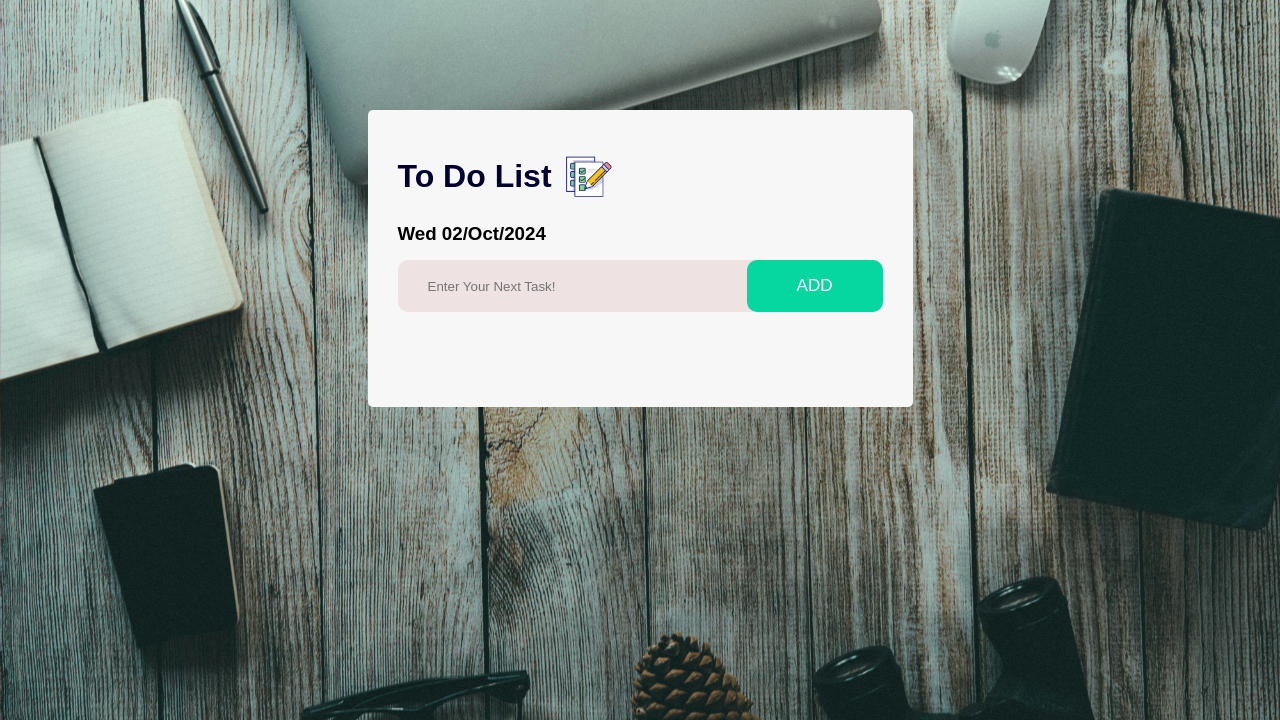
Repository: zeinawady/To_Do_List
Page: index.html
These files come from the project's save history. The page is drawn as it stood at one moment and after the next save; the edit follows.
The browser window is 1280 px wide. The pictures show the whole page.

Above is the page before, as saved 2024-10-02 02:09:33.

After the next save:
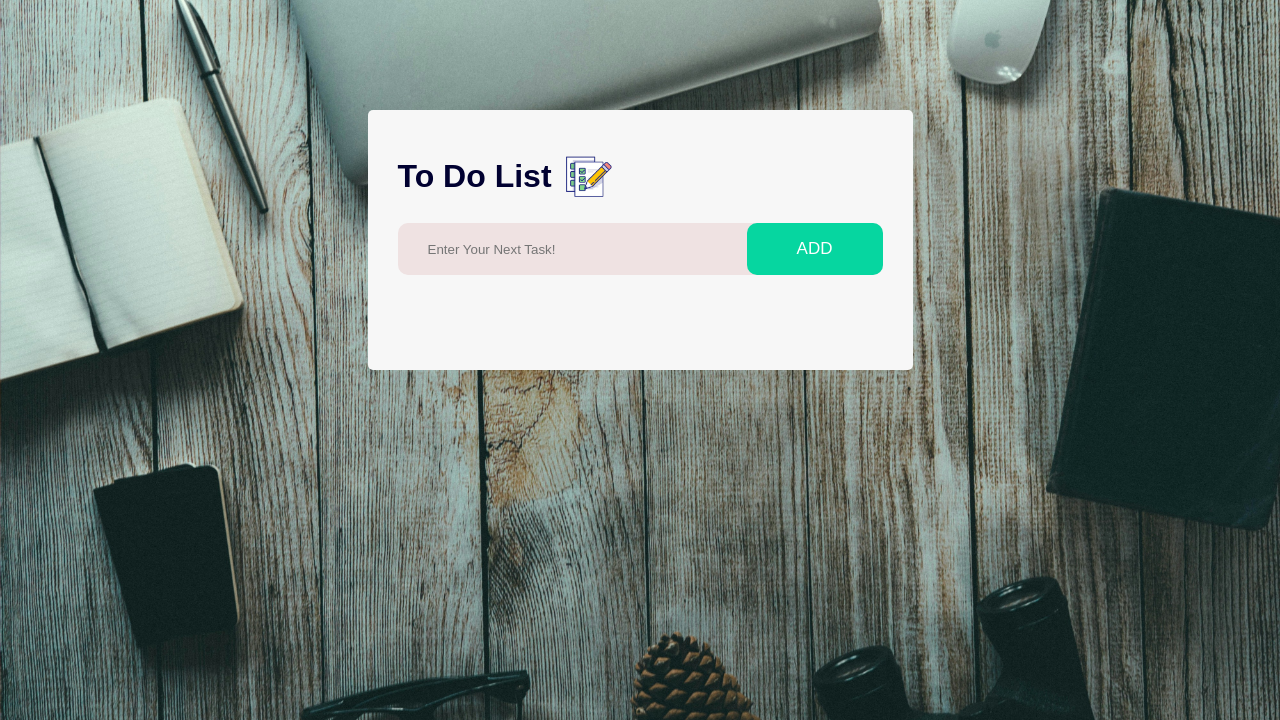
Console error: SyntaxError: Unexpected token '}'
Saved 13 s later.
--- a/script.js
+++ b/script.js
@@ -42,7 +42,7 @@
 
     }
     else if(e.target.tagName==="BUTTON"){
-
+        let li=
     }
 })
 

After the 2 saves that followed:
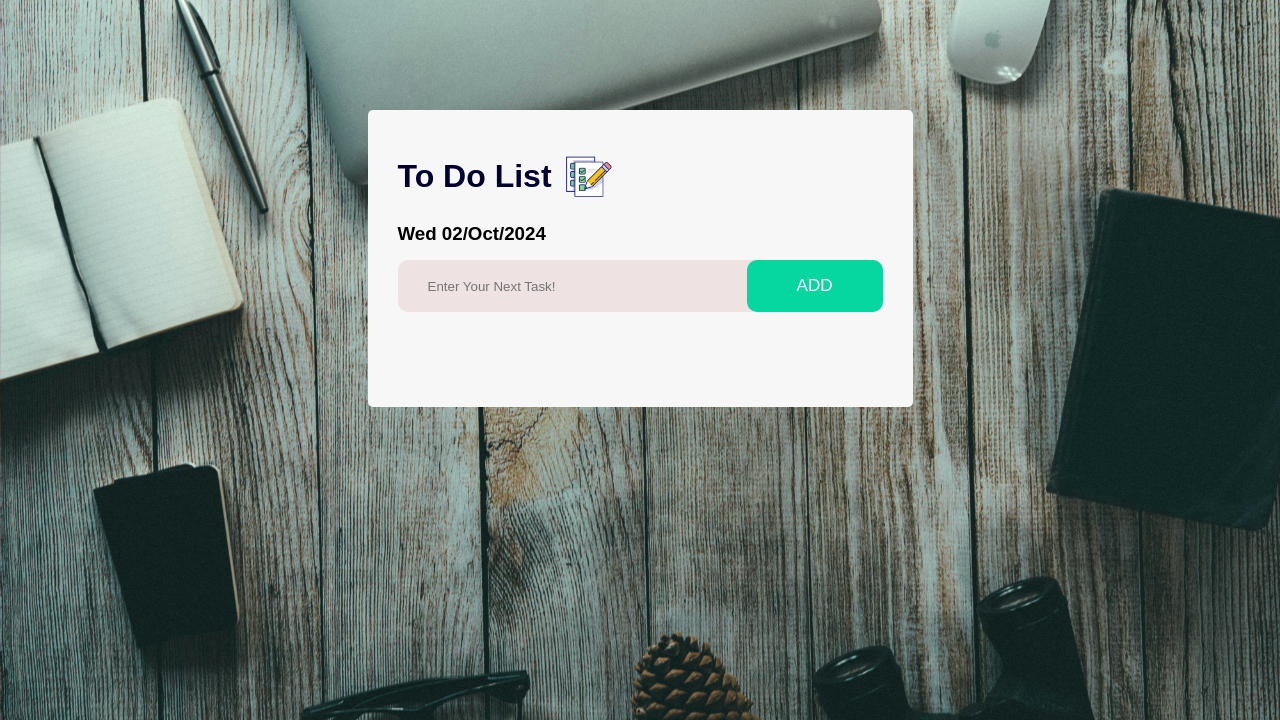
The error is gone.
The 2 saves are shown as one change because they came seconds apart.
The last was saved 8 s later.
--- a/script.js
+++ b/script.js
@@ -42,7 +42,8 @@
 
     }
     else if(e.target.tagName==="BUTTON"){
-        let li=
+        let li=e.target.parentElement;
+
     }
 })
 
